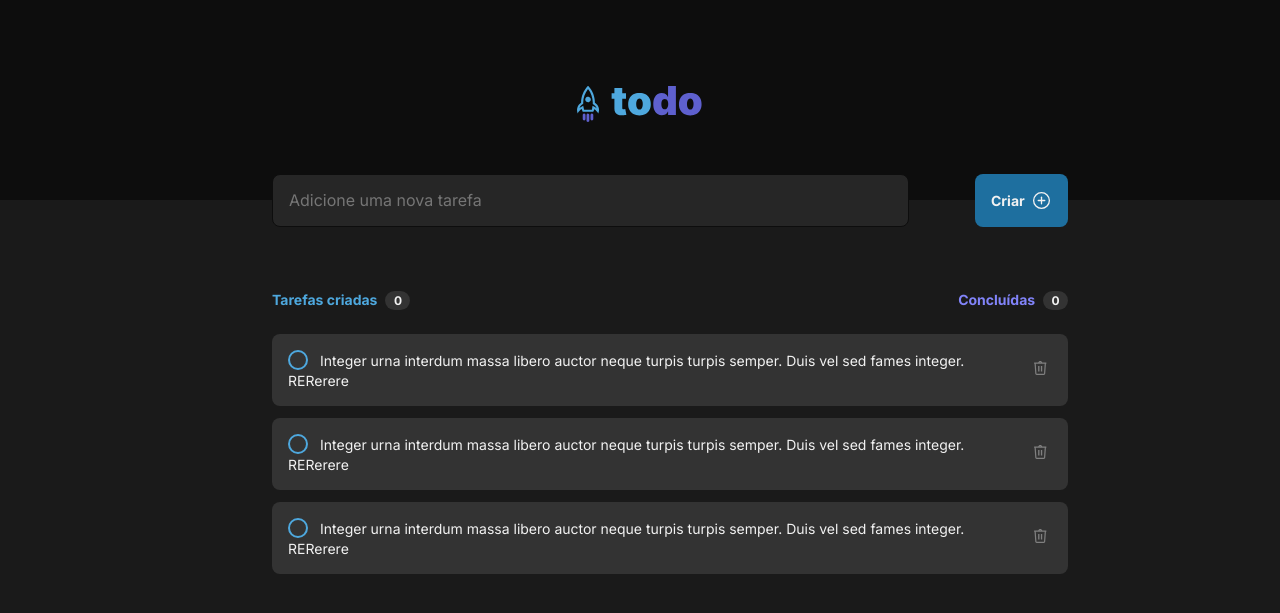
Repository: viniimartins/ToDoListROCKETSEAT
Page: /
An editor plug-in stored every save of this project. The page is shown before and after a run of saves, followed by the edit.
The browser window is 1280 px wide. The pictures show the whole page.
The project was rebuilt for these pictures with package versions that can differ from the ones it lists, and the page was loaded fresh each time. Also part of the build but not shown: vite.config.ts.

Above is the page before, as saved 2023-05-08 14:27:34.

### index.html
<!DOCTYPE html>
<html lang="en">
  <head>
    <meta charset="UTF-8" />

    <link rel="preconnect" href="https://fonts.googleapis.com" />
    <link rel="preconnect" href="https://fonts.gstatic.com" crossorigin />

    <link rel="icon" type="image/svg+xml" href="/vite.svg" />
    <meta name="viewport" content="width=device-width, initial-scale=1.0" />
    <title>Vite + React + TS</title>

    <link
      href="https://fonts.googleapis.com/css2?family=Inter:wght@400;700&display=swap"
      rel="stylesheet"
    />
  </head>
  <body>
    <div id="root"></div>
    <script type="module" src="/src/main.tsx"></script>
  </body>
</html>

### src/App.tsx
import { Header } from "./Components/Header";
import { AddTask } from "./Components/AddTask";
import { Task } from "./Components/Task";

import styles from "./App.module.css";
import "./global.css";

export function App() {
  return (
    <>
      <div>
        <Header />

        <main className={styles.wrapper}>
          <AddTask />

            <Task />
        </main>
      </div>
    </>
  );
}

### src/Components/Header.tsx
import styles from "./Header.module.css";
import Logo from "../assets/Logo.svg";

export function Header() {
  return (
    <>
      <header className={styles.header}>
        <img src={Logo} />
      </header>
    </>
  );
}

### src/Components/AddTask.tsx
import { PlusCircle } from "phosphor-react";
import styles from "./AddTask.module.css";

export function AddTask() {
  return (
    <div className={styles.inputs}>
      <input
        className={styles.inputText}
        type="text"
        placeholder="Adicione uma nova tarefa"
      />
      <button className={styles.Button}>
        <span className={styles.ButtonText}>Criar</span>
        <PlusCircle size={21} />
      </button>
    </div>
  );
}

### src/Components/Task.tsx
import { TaskCreated } from "./TaskCreated";
import { TaskNotCreate } from "./TaskNotCreated";
import styles from "./task.module.css";

export function Task() {
  return (
    <div className={styles.task}>
      <header className={styles.taskHeader}>
        <div className={styles.taskCreated}>
          <p>Tarefas criadas</p>

          <span className={styles.taskCounter}>
            <p>0</p>
          </span>
        </div>

        <div className={styles.taskConcluded}>
          <p>Concluídas</p>

          <span className={styles.taskCounter}>
            <p>0</p>
          </span>
        </div>
      </header>

      <div>
          <TaskCreated />
          <TaskCreated />
          <TaskCreated />

      </div>
    </div>
  );
}

### src/App.module.css
.wrapper {
  max-width: 46rem;
  margin: -1.656rem auto;

  display: grid;
  grid-template-columns: 1fr;
  gap: 4rem;
  align-items: flex-start;

}

### src/global.css
:root {
  --white: #fff;

  --gray-100: #f2f2f2;
  --gray-200: #d9d9d9;
  --gray-300: #808080;
  --gray-400: #333333;
  --gray-500: #262626;
  --gray-600: #1a1a1a;
  --gray-700: #0d0d0d;

  --purble: #8284fa;
  --purbleDark: #5e60ce;

  --blue: #4ea8de;
  --blueDark: #1E6F9F;

  --darger: #e25858;
}

:focus {
  outline: transparent;
  box-shadow: 0 0 0 2px var(--purbleDark);
}

* {
  margin: 0;
  padding: 0;
  box-sizing: border-box;
}

body {
  background: var(--gray-600);
  color: var(--gray-100);
  -webkit-font-smoothing: antialiased;
}

body,
input,
textarea,
button {
  font-family: "Inter", sans-serif;
  font-weight: 400;
  font-size: 1rem;
}

### src/Components/Header.module.css
.header {
  height: 12.5rem;
  background-color: var(--gray-700);
  display: flex;
  justify-content: center;
  align-items: center;
}

.header img {
  width: 7.875rem;
  height: 3rem;
}

### src/Components/AddTask.module.css
.inputs {
  display: flex;
  gap: 1rem;
}

.inputText {
  width: 39.813rem;
  height: 3.313rem;

  border-radius: 0.5rem;
  padding: 1rem;
  border: 1px solid var(--gray-700);
  color: var(--gray-100);

  font-weight: 400;
  font-size: 1rem;
  background-color: var(--gray-500);
}

.Button {
  display: flex;
  align-items: center;

  background-color: var(--blueDark);
  color: var(--gray-100);

  border: none;
  border-radius: 0.5rem;
  padding: 1rem;
  cursor: pointer;
  gap: 0.4rem;


  font-weight: 700;
  font-size: 0.875rem;
}

.Button:hover {
  background: var(--blue);
}

### src/Components/TaskCreated.tsx
import React, { useState } from "react";
import styles from "./TaskCreated.module.css";
import Trash from "../assets/trash.svg";

interface Props {
  label: string;
}

export function TaskCreated({ label }: Props) {
  const [checked, setChecked] = useState(false);

  const handleChange = (event: React.ChangeEvent<HTMLInputElement>) => {
    setChecked(event.target.checked);
  };

  return (
    <div className={styles.taskCreated}>
      <label className={styles.checkbox}>
        <input type="checkbox" checked={checked} onChange={handleChange} />
        <span className={styles.checkmark}></span>
        <span className={styles.label}>
          Integer urna interdum massa libero auctor neque turpis turpis semper.
          Duis vel sed fames integer. RERerere
        </span>
      </label>

      <button>
        <img src={Trash} alt="trash" />
      </button>
    </div>
  );
}

### src/Components/Task.module.css
.taskHeader {
  display: flex;
  justify-content: space-between;

  margin-bottom: 1.5rem;

}

.taskCreated {
  display: flex;
  gap: 0.5rem;
}

.taskCreated p {
  color: var(--blue);
  font-size: 0.875rem;
  font-weight: 700;
}

.taskConcluded {
  display: flex;
  gap: 0.5rem;
}

.taskConcluded p {
  color: var(--purble);
  font-size: 0.875rem;
  font-weight: 700;
}

.taskCounter {
  width: 25px;
  height: 19px;

  display: flex;
  align-items: center;
  justify-content: center;

  padding: 2px 8px;
  border-radius: 999px;

  background-color: var(--gray-400);
}

.taskCounter p {
  font-size: 12px;
  font-weight: 700;
  line-height: 15px;
  background-color: transparent;
  color: inherit;
}

### src/Components/TaskCreated.module.css
.taskCreated {
  display: flex;
  align-items: center;

  background-color: var(--gray-400);
  border-color: 1px solid var(--gray-500);
  height: 4.5rem;
  border-radius: 0.5rem;
  padding: 1rem;
  margin-bottom: 0.75rem;
}

.checkbox {
  display: inline-block;
  position: relative;
  cursor: pointer;
  user-select: none;
}

.checkbox input {
  position: absolute;
  opacity: 0;
  cursor: pointer;
}

.checkmark {
  position: absolute;
  top: 0;
  left: 0;
  height: 20px;
  width: 20px;
  border: 2px solid var(--blue);
  border-radius: 50%;
  background-color: transparent;
}

.checkbox:hover input ~ .checkmark {
  background-color: var(--blueDark);
}

.checkbox input:checked ~ .checkmark {
  background-color: var(--purbleDark);
  border-color: var(--purbleDark);
}

.checkbox input:checked ~ .checkmark:hover {
  background-color: var(--purble);
  border-color: var(--purble);
}

.checkmark::after {
  content: "";
  position: absolute;
  display: none;
}

.checkbox input:checked ~ .checkmark::after {
  display: block;
}

.checkbox .checkmark::after {
  left: 5px;
  top: 1px;
  width: 4px;
  height: 9px;
  border: solid white;
  border-width: 0 1.9px 1.9px 0;
  transform: rotate(45deg);
}

.label {
  margin-left: 2rem;
  font-size: 0.875rem;
}

button {

  margin-left: 50px;
  border: none;
  background: none;
}

Loaded but not shown: src/main.tsx (common file)

After the next 3 saves:
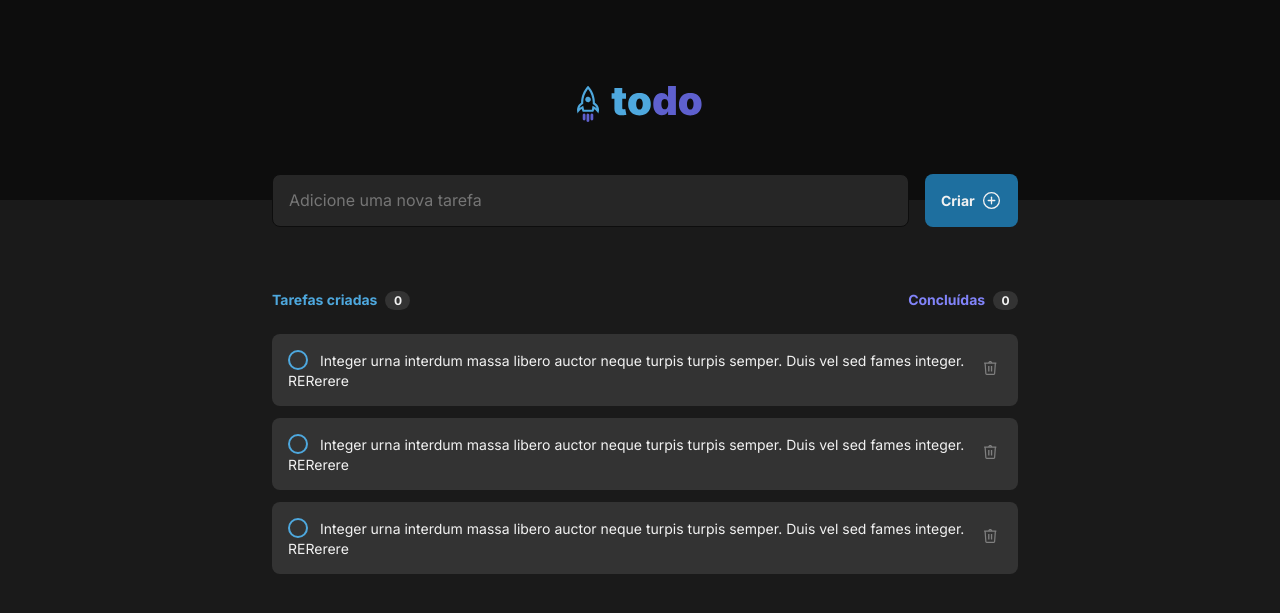
The 3 saves are shown as one change because they came seconds apart.
The last was saved 34 s later.
--- a/src/Components/TaskCreated.module.css
+++ b/src/Components/TaskCreated.module.css
@@ -75,7 +75,7 @@
 
 button {
 
-  margin-left: 50px;
+  /* margin-left: 50px; */
   border: none;
   background: none;
 }

After the 3 saves that followed:
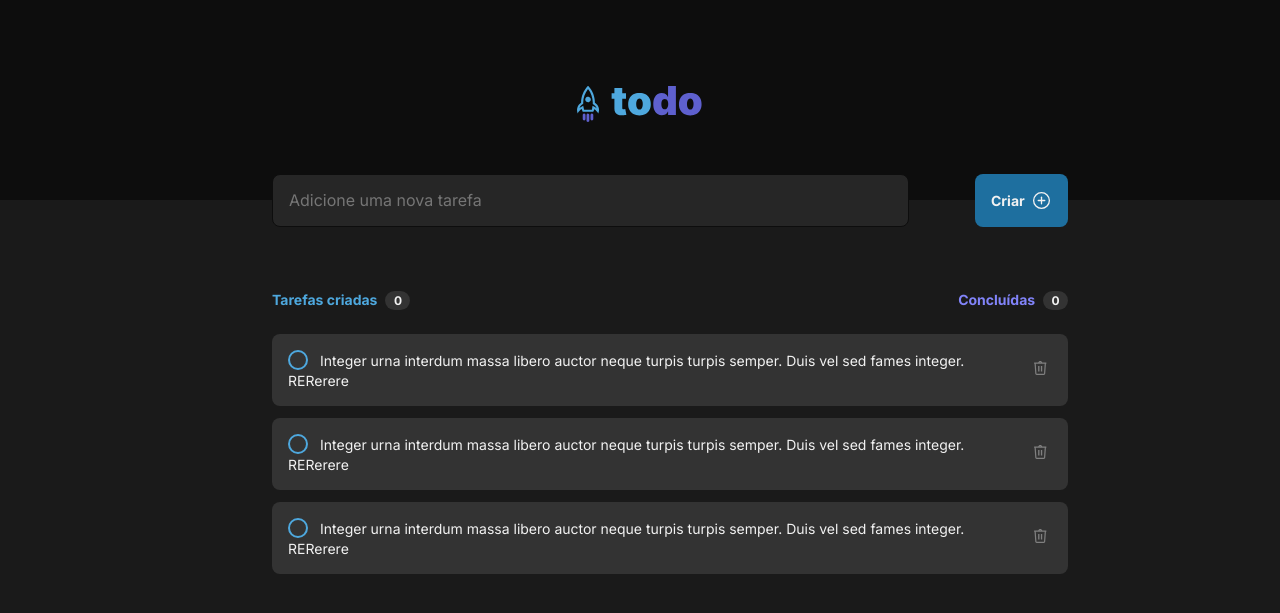
The 3 saves are shown as one change because they came seconds apart.
The last was saved 8 s later.
--- a/src/Components/TaskCreated.module.css
+++ b/src/Components/TaskCreated.module.css
@@ -75,7 +75,7 @@
 
 button {
 
-  /* margin-left: 50px; */
+  margin-left: 50px;
   border: none;
   background: none;
 }
